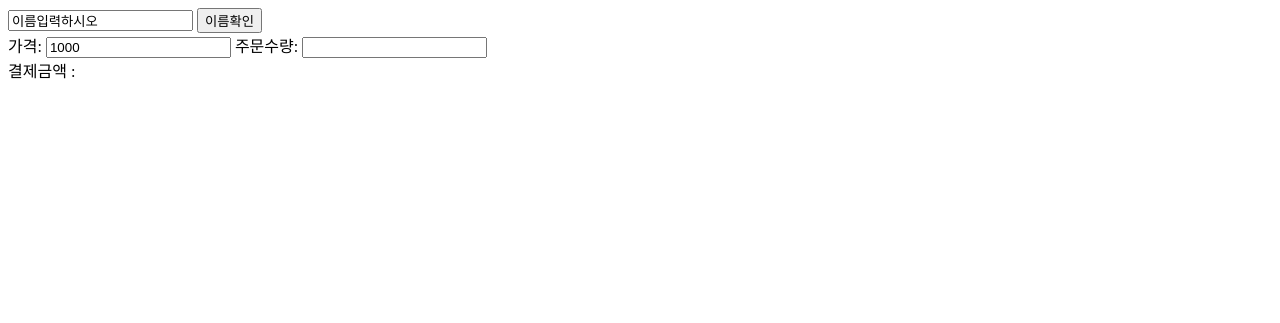
Repository: HmDol/Spring_study
Page: http://localhost/project1/Eventjsp.jsp
These files come from the project's save history. The page is drawn as it stood at one moment and after the next save; the edit follows.
The browser window is 1280 px wide. The pictures show the whole page.
The page is served by Tomcat 10.

Above is the page before, as saved 2023-09-06 02:49:06.

After the next save:
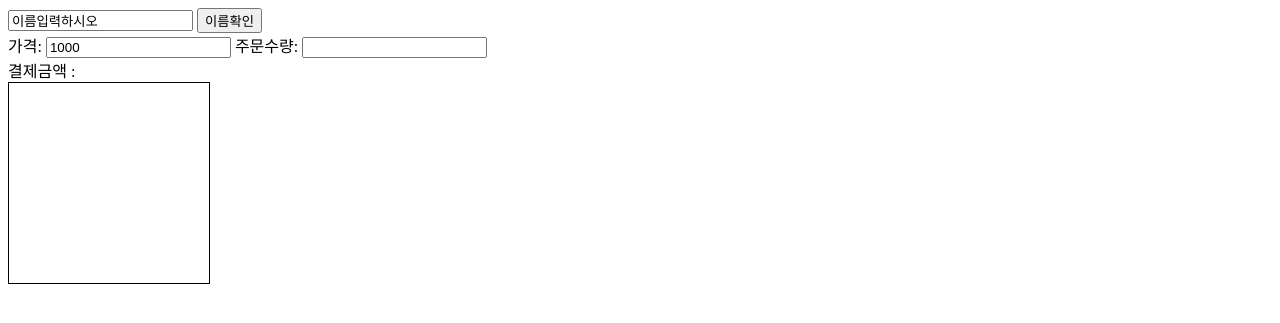
Saved 17 min 26 s later.
--- a/project1/src/main/webapp/Eventjsp.jsp
+++ b/project1/src/main/webapp/Eventjsp.jsp
@@ -19,6 +19,10 @@ const b = () => {
 	let span = document.getElementById("res");
 	span.innerHTML = (f.t2.value * f.t3.value) + "원 입니다.";
 }
+
+const c = () =>{
+	f.t1.value="";
+}
 </script>
 
 <body>
@@ -28,7 +32,7 @@ const b = () => {
 가격: <input type="text" name="t2" value="1000" readonly>
 주문수량: <input type="number" name="t3" onchange="b()" ><br>
 결제금액 : <span id="res"></span><br>
-
+<div id="d1" style="width:200px; height:200px; border:1px solid black;"></div>
 </form>
 
 </body>
